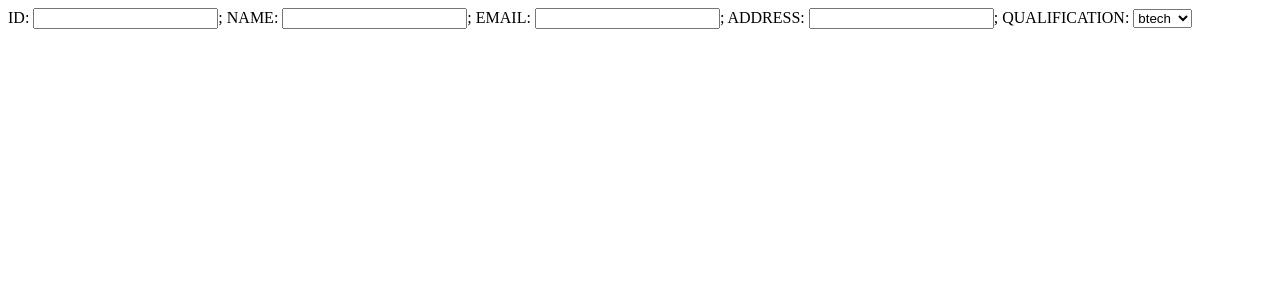
Repository: somakbha/CodeBackUP
Page: http://localhost/RegForm_DynamicJSP/
The author's editor kept a copy of each file at every save. The page is drawn from the files as they stood at one save, then again after the next save.
The browser window is 1280 px wide. The pictures show the whole page.
The page is served by Tomcat 9.

Above is the page before, as saved 2019-06-05 02:17:10.

### J2EE-Practice/RegForm_DynamicJSP/WebContent/index.jsp
<%@ page language="java" contentType="text/html; charset=UTF-8"
    pageEncoding="UTF-8"%>
<!DOCTYPE html PUBLIC "-//W3C//DTD HTML 4.01 Transitional//EN" "http://www.w3.org/TR/html4/loose.dtd">
<html>
<head>
<meta http-equiv="Content-Type" content="text/html; charset=UTF-8">
<title>Dynamic Registration Page</title>
</head>
<body>
<form action="./reg.jsp">
ID: <input type="text" name="id">;
NAME: <input type="text" name="name">;
EMAIL: <input type="text" name="email">;
ADDRESS: <input type="text" name="address">;
QUALIFICATION: <select name="qual">
<option value="btech">btech</option>
<option value="mtech">mtech</option>
<option value="phd">phd</option>
</select>
</form>

</body>
</html>

After the next save:
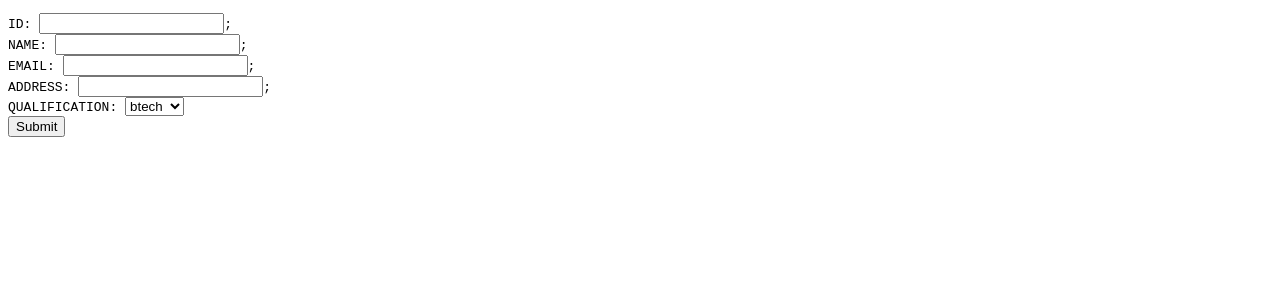
Saved 6 min 14 s later.
--- a/J2EE-Practice/RegForm_DynamicJSP/WebContent/index.jsp
+++ b/J2EE-Practice/RegForm_DynamicJSP/WebContent/index.jsp
@@ -8,6 +8,7 @@
 </head>
 <body>
 <form action="./reg.jsp">
+<pre>
 ID: <input type="text" name="id">;
 NAME: <input type="text" name="name">;
 EMAIL: <input type="text" name="email">;
@@ -17,6 +18,8 @@ QUALIFICATION: <select name="qual">
 <option value="mtech">mtech</option>
 <option value="phd">phd</option>
 </select>
+<input type="submit" name="Register">
+</pre>
 </form>
 
 </body>
